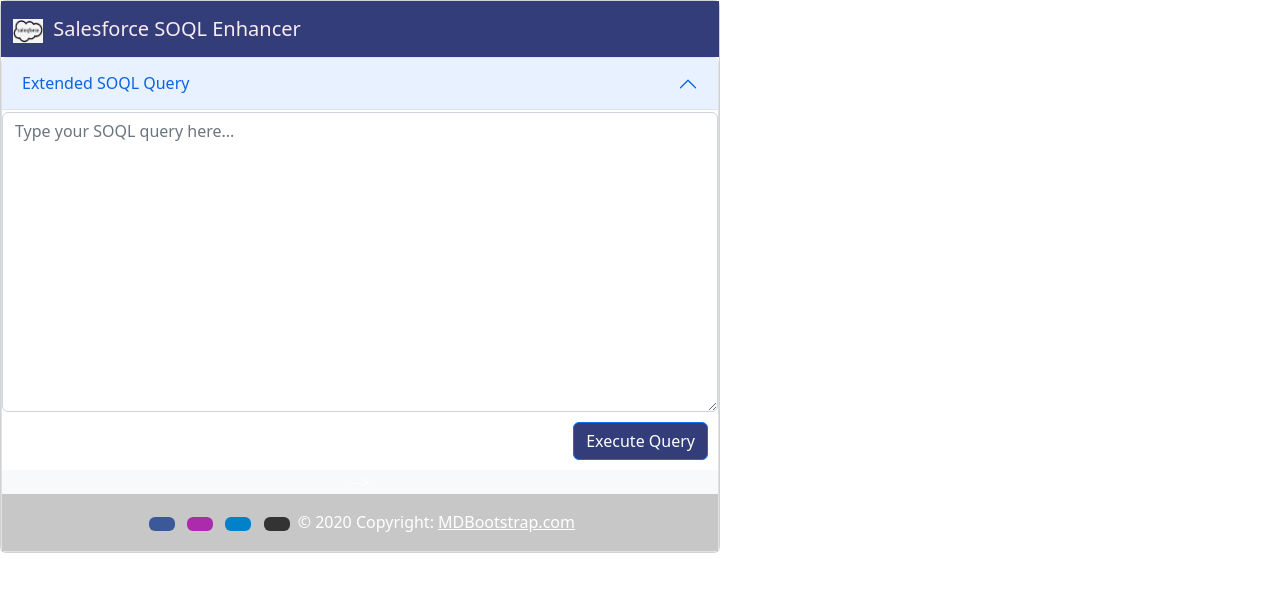
Repository: anweshpargi/salesforceExtension
Page: popup.html
An editor plug-in stored every save of this project. The page is shown before and after the next save, followed by the edit.
The browser window is 1280 px wide. The pictures show the whole page.

Above is the page before, as saved 2023-08-28 10:42:39.
Not found: js/jsforce.js

### popup.html
<!DOCTYPE html>
<html lang="en">

<head>
    <meta charset="UTF-8">
    <meta http-equiv="X-UA-Compatible" content="IE=edge">
    <meta name="viewport" content="width=device-width, initial-scale=1.0">
    <link rel="stylesheet" href="bootstrap/css/bootstrap.min.css">

    <script src="bootstrap/js/bootstrap.min.js" type="text/javascript"></script>
    <script src="js/jsforce.js" type="text/javascript"></script>
    <!-- JavaScript Bundle with Popper -->

    <title> Salesforce Test Class Data Generator</title>
</head>


<body style="width: 720px">
    <div class="card">
        <nav class="navbar" style="background-color: #333D79FF;">
            <div class="container-fluid">
                <a class="navbar-brand" style="color: #FAEBEFFF;" href="#">
                    <img src="/icon.png" alt="Logo" width="30" height="24" style="margin-right: 5px;"
                        class="d-inline-block">
                    Salesforce SOQL Enhancer
                </a>
            </div>
        </nav>

        <div class="accordion" id="accordionExample">
            <div class="accordion-item">
                <h2 class="accordion-header" id="headingOne">
                    <button class="accordion-button" type="button" data-bs-toggle="collapse"
                        data-bs-target="#collapseOne" aria-expanded="true" aria-controls="collapseOne">
                        Extended SOQL Query
                    </button>
                </h2>
                <div id="collapseOne" class="accordion-collapse collapse show" aria-labelledby="headingOne"
                    data-bs-parent="#accordionExample">

                    <div class="">
                        <textarea style="margin-top: 2px; height: 300px;" class="form-control"
                            placeholder="Type your SOQL query here..." id="floatingtextarea"></textarea>
                    </div>
                    <div style="text-align: right; margin: 10px;">
                        <span id="loader" style="display: none;">
                            <span class="spinner-border text-primary"  role="status"></span>
                            <span style="color: darkblue;"> &nbsp; Processing wait... </span>
                            <span style="color: darkblue;" id="count">  </span>&nbsp;
                        </span>
                        <span>
                            <button class="btn btn-success"  style="display: none;" id="downloadExcel" type="">Download Excel</button>
                        </span>
                        <button class="btn btn-primary" style="background-color: #333D79FF;"  id="getbutton" type="">Execute Query</button>
                    </div>
                </div>

                <div class="bg-light text-center text-white">
                    <!-- Grid container -->
                    <!-- <div class="container p-4 pb-0"> -->
                      <!-- Section: Social media -->
                      <!-- <section class="mb-4">
                        <!-- Facebook -->

                      <!-- </section> --> -->
                      <!-- Section: Social media -->
                    <!-- </div> -->
                    <!-- Grid container -->

                    <!-- Copyright -->
                    <div class="text-center p-3" style="background-color: rgba(0, 0, 0, 0.2);">

                    <a
                        class="btn text-white btn-floating m-1"
                        style="background-color: #3b5998;"
                        href="#!"
                        role="button"
                        ><i class="fab fa-facebook-f"></i
                      ></a>

                      <!-- Instagram -->
                      <a
                        class="btn text-white btn-floating m-1"
                        style="background-color: #ac2bac;"
                        href="#!"
                        role="button"
                        ><i class="fab fa-instagram"></i
                      ></a>

                      <!-- Linkedin -->
                      <a
                        class="btn text-white btn-floating m-1"
                        style="background-color: #0082ca;"
                        href="#!"
                        role="button"
                        ><i class="fab fa-linkedin-in"></i
                      ></a>
                      <!-- Github -->
                      <a
                        class="btn text-white btn-floating m-1"
                        style="background-color: #333333;"
                        href="#!"
                        role="button"
                        ><i class="fab fa-github"></i
                      ></a>
                      © 2020 Copyright:
                      <a class="text-white" href="https://mdbootstrap.com/">MDBootstrap.com</a>
                    </div>
                    <!-- Copyright -->
                </div>

            </div>
        </div>
    </div>

</body>
<script type="text/javascript" src="js/popup.js"></script>
<script type="text/javascript" src="js/xlsx.full.min.js"></script>

</html>

### js/popup.js
//store connection... con object
var conn = undefined;
var inputQuery = undefined;

console.log('popup js loaded succesfully')
document.querySelector('#getbutton').addEventListener('click', () => {
  console.log('XLSX ' + XLSX);
  console.log('method invoked on button click')
  chrome.tabs.query({ active: true, currentWindow: true }, (tabs) => {
    console.log('inside tabs query')
    var tab = tabs[0]
    var instanceUrl = tab.url.split('.')[0] + '.my.salesforce.com'
    console.log(tab)
    var domainUrl = new URL(tab.url)
    var sessionId = undefined
    if (
      tab.url &&
      (tab.url.includes('.lightning.force.com') ||
        tab.url.includes('.salesforce.com'))
    ) {
      var port = chrome.runtime.connect({ name: 'knockknock' })
      port.postMessage({ host: instanceUrl.replace('https://', '') })
      port.onMessage.addListener(function (msg) {
        console.log('response from backgroundjs' + msg.ssid)
        sessionId = msg.ssid
        if (sessionId) {
          console.log('session id received  ', sessionId)
          conn = new jsforce.Connection({
            serverUrl: instanceUrl,
            instanceUrl: instanceUrl,
            sessionId: sessionId,
            version: '50.0',
          }) //jsforce
          console.log('connection', conn)
          getQueryInput()
        } else {
          alert('Salesforce Session Not found')
        }
      })
    } else {
      alert(
        'Not a Salesforce Domain!, Keep Salesforce Tab Active and Run again',
      )
    }
  })
})

function getQueryInput() {
  try {
    if (conn) {
      inputQuery = document
        .querySelector('#floatingtextarea')
        .value.replace(/\s\s+/g, ' ')
        .trim()
      console.log('Input query by user >> ' + inputQuery)
      processQuery(inputQuery);
    } else {
      alert('Connection not available')
    }
  } catch (error) {
    alert('Something went wrong ' + error.name)
  }
}

var records = [];
var processedQueries = [];
var recordCount = 0;
var countElement = undefined;

async function processQuery(query) {
  countElement = document.getElementById('count');
  recordCount = 0;
  records = [];
  processedQueries = [];
  try {
    isDisableExecute(true);
    showDownloadExcel(false);
    showSpinner(true);
    var match = query.match(/\(([^)]+)\)/i)
    if (match && query.length > 4000) {
      console.log('match and lenght pass');
      var valuesString = match[1];
      console.log('valuesString>> ' + valuesString);
      var valuesList = valuesString.split(',');

      var batchSize = 100;

      for (let i = 0; i < valuesList.length; i += batchSize) {
        // Slice a batch of values
        var batch = valuesList.slice(i, i + batchSize);
        // Join batch values with commas to create a new values string
        var batchValuesString = batch.join(',');

        // Replace values within parentheses with the batch values
        var modifiedQuery = query.replace(valuesString, batchValuesString);
        //console.log('modifiedQurery  >>' + modifiedQuery);
        // Store the modified query in the processedQueries array
        processedQueries.push(modifiedQuery);
        console.log('count ' + i);
        await executeQueryToDatabase(modifiedQuery);
      }
      console.log('final records length ' + records.length);
      console.log('records stingify ' + JSON.stringify(records));
      showSpinner(false);
      showDownloadExcel(true);
      isDisableExecute(false);
      //return processedQueries;
      //executeQueryToDatabase(query);
    } else {
      executeQueryToDatabase(query);
      showSpinner(false);
      showDownloadExcel(true);
      isDisableExecute(false);
    }
  } catch (error) {
    showSpinner(false);
    isDisableExecute(false);
    showDownloadExcel(false);
    alert(error.name)
    console.log(error)
  }
}

async function executeQueryToDatabase(inputQuery) {
  console.log('modified Query ' + inputQuery);
  var query = await conn
    .query(inputQuery)
    .on('record', function (record) {
      // console.log('@@ records push' + record.length)
      ++recordCount;
      console.log('@@@ ' + recordCount);
      countElement.innerHTML = recordCount;
      let { attributes, ...rec } = record;
      records.push(rec);
      // console.log('records output' + records)
    })
    .on('end', function () {
      console.log('@@ total in database : ' + query.totalSize)
      console.log('@@ total fetched : ' + query.totalFetched)
    })
    .on('error', function (err) {
      alert('ERROR NAME: ' + err.name)
      console.error(err)
    })
    .run({ autoFetch: true, maxFetch: 100000 })
}


document.querySelector('#downloadExcel').addEventListener('click', function() {
  console.log('clicked button excel');
  const exportButton = document.getElementById('downloadExcel');
  console.log('exportButton  ' + exportButton);
  console.log('XLSX' + XLSX);

  // const data = [
  //   { Name: 'John', Age: 30 },
  //   { Name: 'Jane', Age: 25 }
  // ];


  const ws = XLSX.utils.json_to_sheet(records);
  const wb = XLSX.utils.book_new();
  XLSX.utils.book_append_sheet(wb, ws, 'Sheet1');

  // Convert the workbook to an ArrayBuffer
  const wbArrayBuffer = XLSX.write(wb, { bookType: 'xlsx', type: 'array' });

  // Create a Blob from the ArrayBuffer
  const blob = new Blob([wbArrayBuffer], {
    type: 'application/vnd.openxmlformats-officedocument.spreadsheetml.sheet'
  });

    const url = URL.createObjectURL(blob);

    const a = document.createElement('a');
    a.href = url;
    const currentDatetime = new Date().toISOString().replace(/[-:.]/g, '');

    const encodedFileName = encodeURIComponent(`exported_data_${currentDatetime}.xlsx`);

    a.download = encodedFileName;
    a.click();

    // Clean up
    setTimeout(function() {
      URL.revokeObjectURL(url);
    }, 0);
    alert(`${encodedFileName} downloaded succefully`);
});

function showSpinner(isShow){
  if(isShow){
    console.log('isshowspinner true');
    document.getElementById('loader').style.display = "inline";
  }else{
    document.getElementById('loader').style.display = "none";
  }
}

function showDownloadExcel(isShow){
  if(isShow){
    document.getElementById('downloadExcel').style.display = "inline";
  }else{
    document.getElementById('downloadExcel').style.display = "none";
  }
}

function isDisableExecute(isDisable){
    document.getElementById('getbutton').disabled = isDisable;
}

Loaded but not shown: bootstrap/css/bootstrap.min.css (library); bootstrap/js/bootstrap.min.js (library); js/xlsx.full.min.js (library)

After the next save:
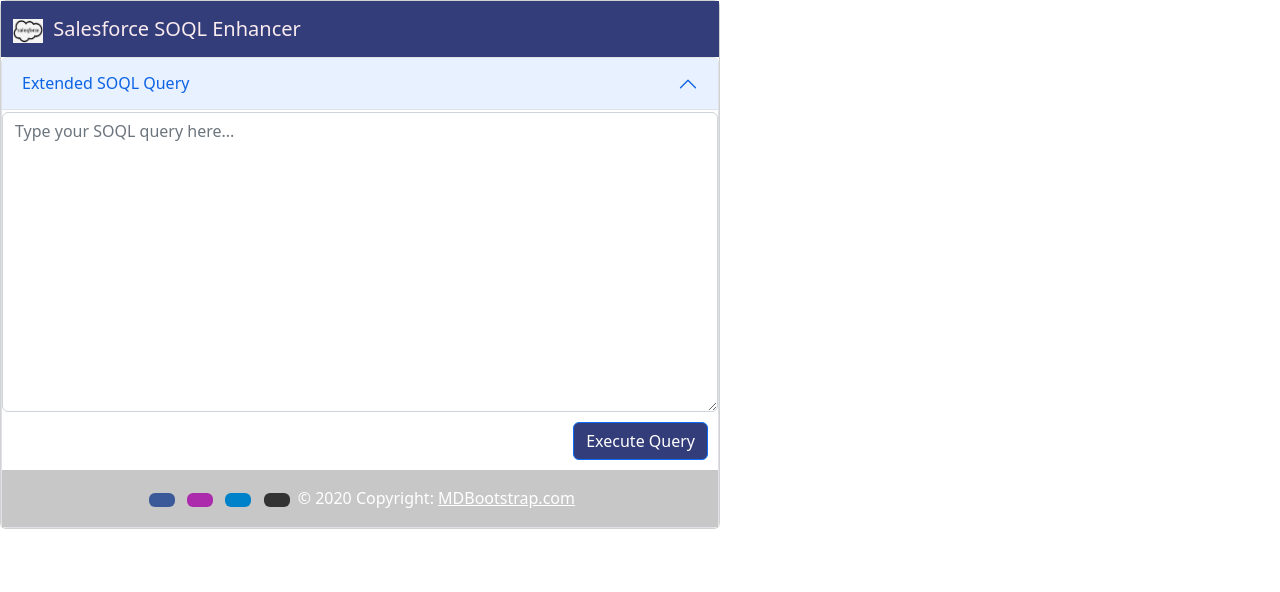
Saved 4 min 12 s later.
--- a/popup.html
+++ b/popup.html
@@ -56,18 +56,7 @@
                 </div>
 
                 <div class="bg-light text-center text-white">
-                    <!-- Grid container -->
-                    <!-- <div class="container p-4 pb-0"> -->
-                      <!-- Section: Social media -->
-                      <!-- <section class="mb-4">
-                        <!-- Facebook -->
 
-                      <!-- </section> --> -->
-                      <!-- Section: Social media -->
-                    <!-- </div> -->
-                    <!-- Grid container -->
-
-                    <!-- Copyright -->
                     <div class="text-center p-3" style="background-color: rgba(0, 0, 0, 0.2);">
 
                     <a
